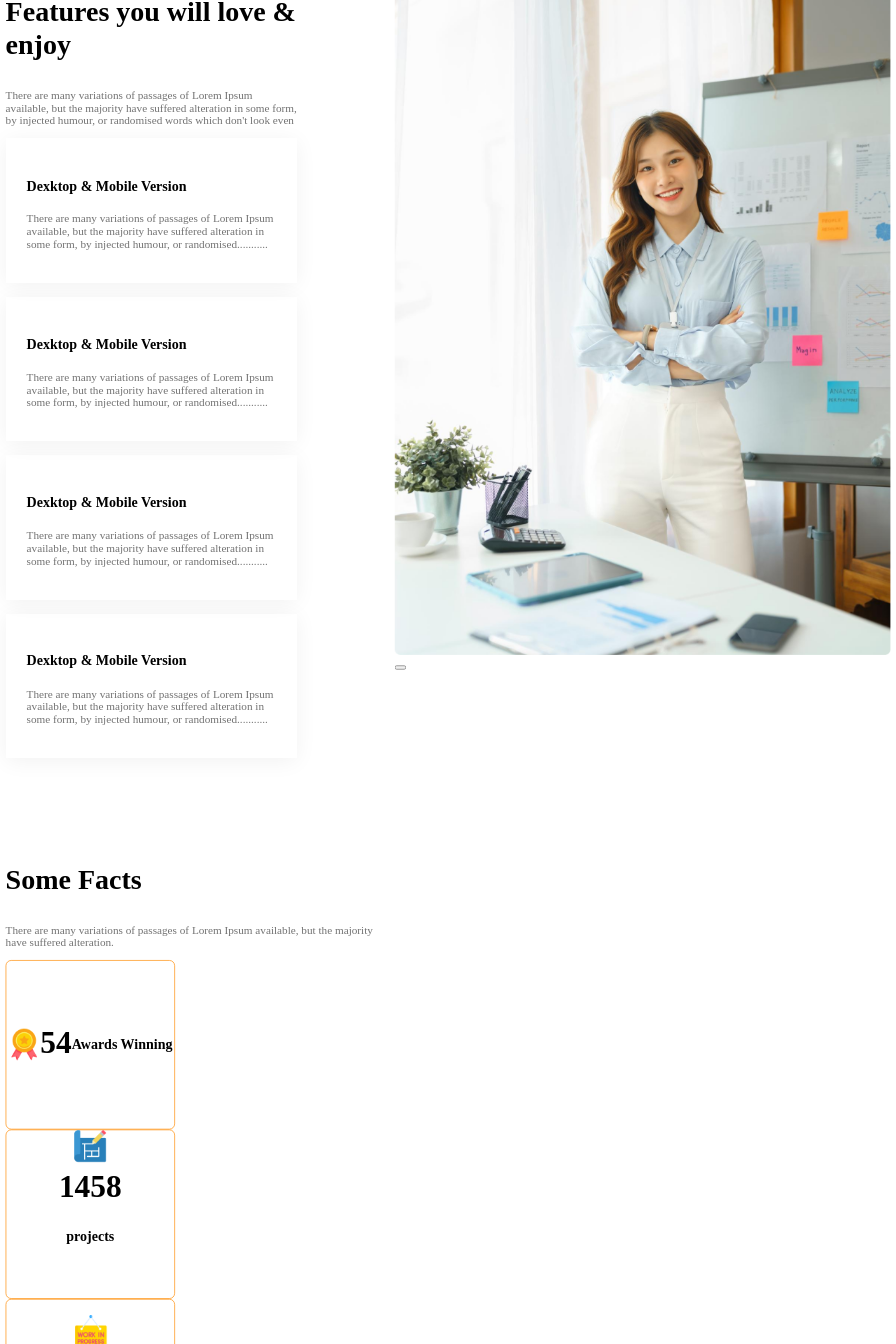
Repository: tanimtanzilislam/g3-architect-website
Page: index.html
These files come from the project's save history. The page is drawn as it stood at one moment and after a run of saves; the edit follows.
The browser window is 1280 px wide. The pictures show the part of the page from y = 2732 to 4652 px (the page is 5498 px tall), at 70% of full size.

Above is the page before, as saved 2026-02-06 22:38:34.

### index.html
<!DOCTYPE html>
<html lang="en">
<head>
    <meta charset="UTF-8">
    <meta name="viewport" content="width=device-width, initial-scale=1.0">
    <title>G3 Architecture</title>
    <link rel="stylesheet" href="styles/styles.css">
</head>
<body class=".work-sans-font">
    <header class="bg-light" >
        <nav class="navbar display-flex">
            <h3 class="brand">G3 Architect </h3>
             <ul class="nav-links display-flex">

                <li class="nav-item"><a href="" class="nav-link text-gray">Home</a></li>
                <li class="nav-item"><a href="" class="nav-link text-gray">About</a></li>
                <li class="nav-item"><a href="" class="nav-link text-gray">Contact-Us</a></li>
                <li class="nav-item"><a href="" class="nav-link text-gray">Login</a></li>
             </ul>
        </nav>

        <div class="banner">
        <div class="banner-content">
        <h1 class="banner-title">
                Brand new group of Architectects
            </h1>
            <p class="banner-description">
                There are many variations of passages of Lorem Ipsum available, but the majority have suffered alteration in some form, by injected humour, or randomised words which don't look even
            </p>
            <button class="btn-primary">Explore More</button>
            </div>

            <img class="banner-image" src="images/banner.png" alt="">
        </div>
    </header>
    <main>
        <!-- team section start -->
        <section class="teams display-flex">

            <div class="team-imag-container">

                <img src="images/team1.png" alt="two at=rchitect discussing about design">
                 <img src="images/team2.png" alt="">
                 <img src="images/team3.png" alt="">
                 <img src="images/team4.png" alt="">
            </div>

            <div class="our-features">
                <h3 class="section-title"> <span id="quick-list">Quick list </span><span>of our</span> <span  class="text-primary">features</span></h3>
                 <p class="feature-description  text-light-gray">
                    There are many variations of passages of Lorem Ipsum available, but the majority have suffered alteration in some form, by injected humour, or randomised words which don't look even
                 </p>
                 <button class="btn-primary">Explore More</button>
            </div>




        </section>

        <!-- featue section started -->
         <section class="features display-flex">
            <div>
           <h3 id="feature-section-title" class="section-title">Features you will love & enjoy</h3>
           <p class="text-light-gray">There are many variations of passages of Lorem Ipsum available, but the majority have suffered alteration in some form, by injected humour, or randomised words which don't look even</p>

           <!-- feature card container -->
            <div class="feature-card">
                <h4 class="feature-title">Dexktop & Mobile Version</h4>
                <p class="text-light-gray"> There are many variations of passages of Lorem Ipsum available, but the majority have suffered alteration in some form, by injected humour, or randomised...........</p>
            </div>
            <div class="feature-card">
                <h4 class="feature-title">Dexktop & Mobile Version</h4>
                <p class="text-light-gray"> There are many variations of passages of Lorem Ipsum available, but the majority have suffered alteration in some form, by injected humour, or randomised...........</p>
            </div>
            <div class="feature-card">
                <h4 class="feature-title">Dexktop & Mobile Version</h4>
                <p class="text-light-gray"> There are many variations of passages of Lorem Ipsum available, but the majority have suffered alteration in some form, by injected humour, or randomised...........</p>
            </div>
            <div class="feature-card">
                <h4 class="feature-title">Dexktop & Mobile Version</h4>
                <p class="text-light-gray"> There are many variations of passages of Lorem Ipsum available, but the majority have suffered alteration in some form, by injected humour, or randomised...........</p>
            </div>
            </div>
            <div>
                <img src="images/architect.png" alt="">
                <button></button>
            </div>
         </section>

        <!-- some facts -->
         <section>
            <h3 class="section-title"> Some Facts</h3>
            <p class="text-light-gray fact-description">There are many variations of passages of Lorem Ipsum available, but the majority have suffered alteration.</p>

            <div class="facts-container">
                <!-- .fact-card*4>img.fact-icon+h4.fact-number+h5.fact-name -->
             <div class="fact-card display-flex">
                <img src="images/icons/ribon.png" alt="" class="fact-icon">
                <h4 class="fact-number">54</h4>
                <h5 class="fact-name">Awards Winning</h5>
             </div>
             <div class="fact-card">
                <div >
                    <img src="images/icons/projects.png" alt="" class="fact-icon">
                <h4 class="fact-number">1458</h4>
                <h5 class="fact-name">projects</h5>
                </div>
             </div>
             <div class="fact-card display-flex">
                <div>
                    <img src="images/icons/customers.png" alt="" class="fact-icon">
                <h4 class="fact-number">590</h4>
                <h5 class="fact-name">customers</h5>
                </div>
             </div>
             <div class="fact-card display-flex">
                <div>
                    <img src="images/icons/email.png" alt="" class="fact-icon">
                <h4 class="fact-number">22578</h4>
                <h5 class="fact-name">Email Send</h5>
                </div>
             </div>

            </div>

         </section>

         <!-- our facts -->
          <section class="our-sponsors">
            <div class="sponsor-info">
               <h3 class="section-title">Our Sponsors</h3>
               <p class="text-light-gray">
                There are many variations of passages of Lorem Ipsum available, but the majority have suffered alteration.
               </p>
               <div class="sponsor-companies">

                <img src="images/sponsors/spotify.png" alt="">
                 <img src="images/sponsors/google.png" alt="">
                  <img src="images/sponsors/amazon.png" alt="">
                   <img src="images/sponsors/telerama.png" alt="">
                    <img src="images/sponsors/figma.png" alt="">
               </div>

            </div>

          </section>
    </main>
    <footer></footer>

</body>
</html>

### styles/styles.css
@import url('https://fonts.googleapis.com/css2?family=Work+Sans:ital,wght@0,100..900;1,100..900&display=swap');

.work-sans-font{
  font-family: "Work Sans", sans-serif;
  font-optical-sizing: auto;
  font-weight: 400;
  font-style: normal;
}

/* shared styles */
.display-flex{
  display:flex;
}

.text-gray{
  color:#424242;
}

/* dark02 */
.text-light-gray{
  color:#727272;
}

/* header styles */

.navbar{
  justify-content: space-between;
  align-items:center;
}
.brand{
  font-weight:700;
  font-size:45px;
}

/* navbar related styles */
.bg-light{
  background-color: rgba(255,144,14,0.1);
}

.nav-item{
  list-style:none;
  margin-right:30px;
}

.nav-link{
  text-decoration:none;
  font-weight:500;
}
.navbar ,.banner{
  max-width:1440px;
  margin:0 auto;
}

/* banner related styles */

.banner-content{
  max-width:850px;
  margin: 0 auto 50px auto;
}
.banner-title{
  font-weight: 700;
  font-size:4em;
}
.btn-primary{
  background-color:#FF900E;
  color:white;
  padding:20px 25px;
  font-size: 1.25rem;
  font-weight:600;
  border-radius: 0;
}
.banner-image{
  width:100%;
}

/* team and feature related styles */

.teams{
  align-items:center;
}
.team-img-container{
  display:grid;
  grid-template-columns: repeat(2,1fr);
}
main>section{
  margin-top:130px;
}

.our-features{
  margin-left: 130px;
  max-width: 530px;
}

.section-title{
  font-size:2.5rem;
  font-weight: 700;
}
#quick-list{
  font-weight:500;
}


/* Features section related styles */

.features{
  gap:140px;
  margin-top: 0px ;
   margin-bottom:0px;


}
#featue-section-title{
  border-left: 5px solid #FF900E;
  padding:20px;
}

.feature-card-
.facts-container{
  display:grid;
  grid-template-columns: repeat(4,1fr);
}

.feature-card{
   padding:30px;
  box-shadow: 0 4px 30px 0 rgba(0,0,0,0.06);
  margin-bottom:20px
}
.feature-card .feature-title{
  font-weight:600;
  font-size:1.25rem;

}
/* Some Facts related styles */
.fact-card{
  border: 1px solid #FF900E;
  width:240px;
  height:240px;
  border-radius:8px;
  text-align: center;
  align-items:center;
  justify-content: center;
}
.fact-number{
  font-size: 2.8rem;
  font-weight: 600;
  margin-top:5px;
  margin-bottom:10px;
}
.fact-name{
  font-size:1.25rem;
  font-weight:600;
}

.text-primary{
  color:#FF900E;
}
.fact-description{
  max-width:540px;
}
.sponsor-companies{
  justify-items: center;
  gap:24px;
}

/* responsive media query */
@media screen and (max-width:576px){
  .navbar ,.nav-links, .teams{
    flex-direction: column;
  }

  .team-img-container, .facts-container,
  .sponsor-companies{
    grid-template-columns: 1fr;
  }
  .facts-container,.sponsor-companies{
    justify-content: center;
    gap:24px;
  }
  .our-features{
    margin-left:20px;
  }
}

main{
  max-width:1440px;
  margin:0px auto;
}

/* sponsor related styles */
.sponsor-info{
  max-width:540px;
  margin:50px auto;
}
.sponsor-companies img{
  filter:grayscale(100%);
}

/*  medium size device */
@media screen and (min-width:576px) and (max-width:992px){
  .teams{
    flex-direction:column;
  }
  .our-features{
    margin:50px auto;
  }
  .sponsor-companies,.facts-container{
    grid-template-columns:repeat(3,1fr);
    gap:50px;
    justify-items: center;
  }
}

After the next 4 saves:
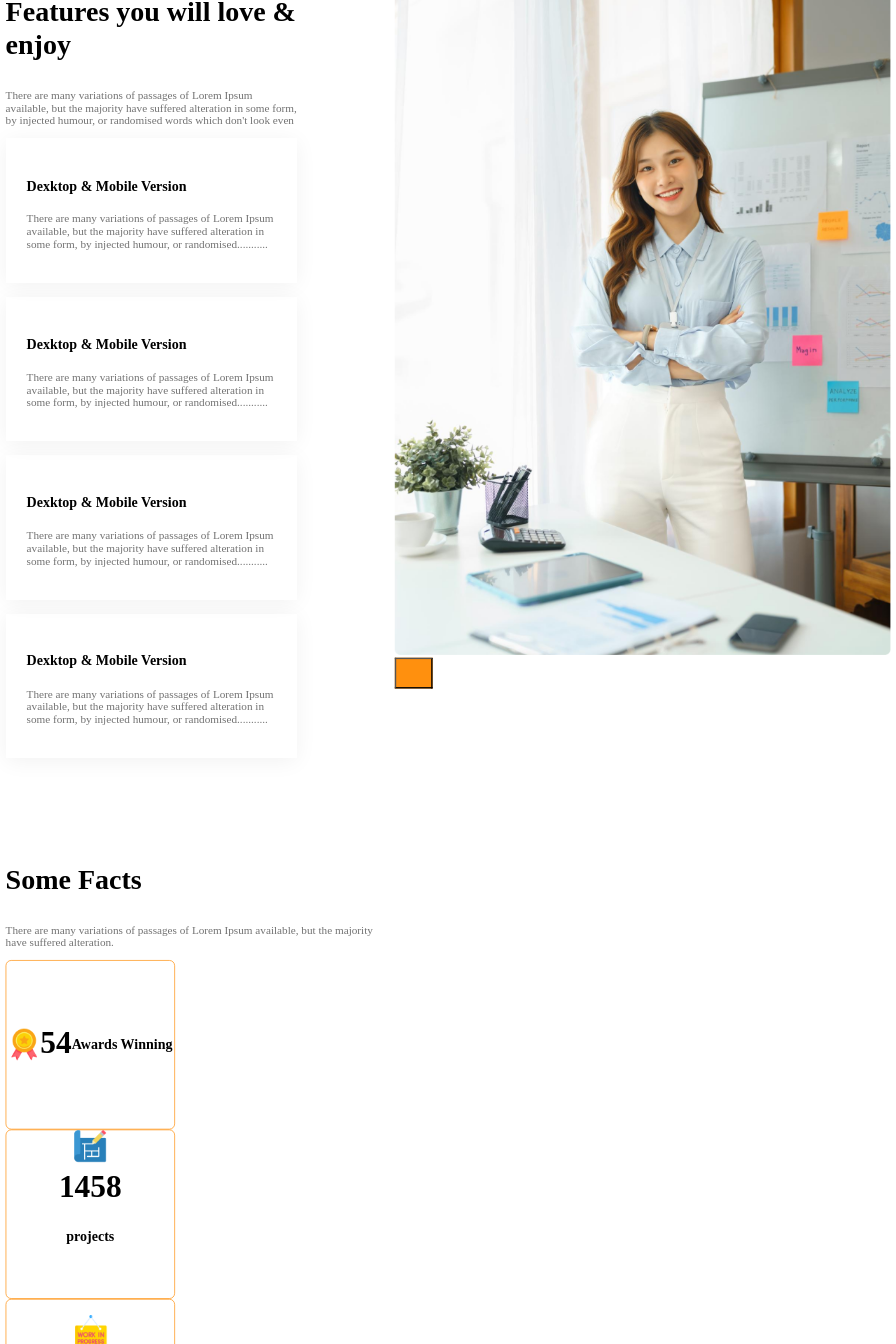
The 4 saves are shown as one change because they came seconds apart.
The last was saved 55 s later.
--- a/index.html
+++ b/index.html
@@ -84,7 +84,7 @@
             </div>
             <div>
                 <img src="images/architect.png" alt="">
-                <button></button>
+                <button class="btn-primary"></button>
             </div>
          </section>
 
